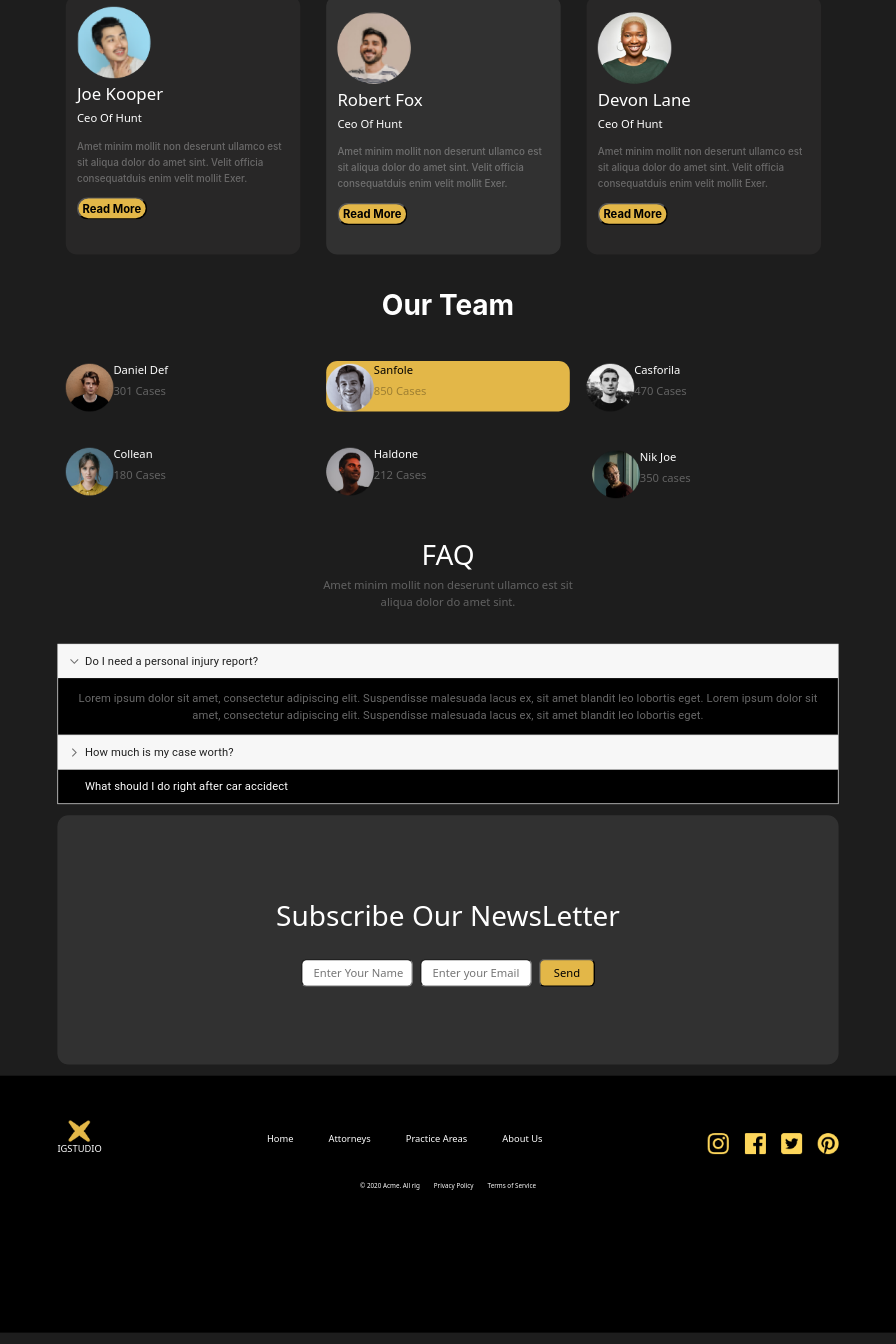
Repository: Senthil-Bala/LawFirm
Page: /
An editor plug-in stored every save of this project. The page is shown before and after the next save, followed by the edit.
The browser window is 1280 px wide. The pictures show the part of the page from y = 2314 to 4234 px (the page is 4234 px tall), at 70% of full size.
The project was rebuilt for these pictures with package versions that can differ from the ones it lists, and the page was loaded fresh each time. Also part of the build but not shown: src/App.css.

Above is the page before, as saved 2023-11-29 19:49:41.

After the next save:
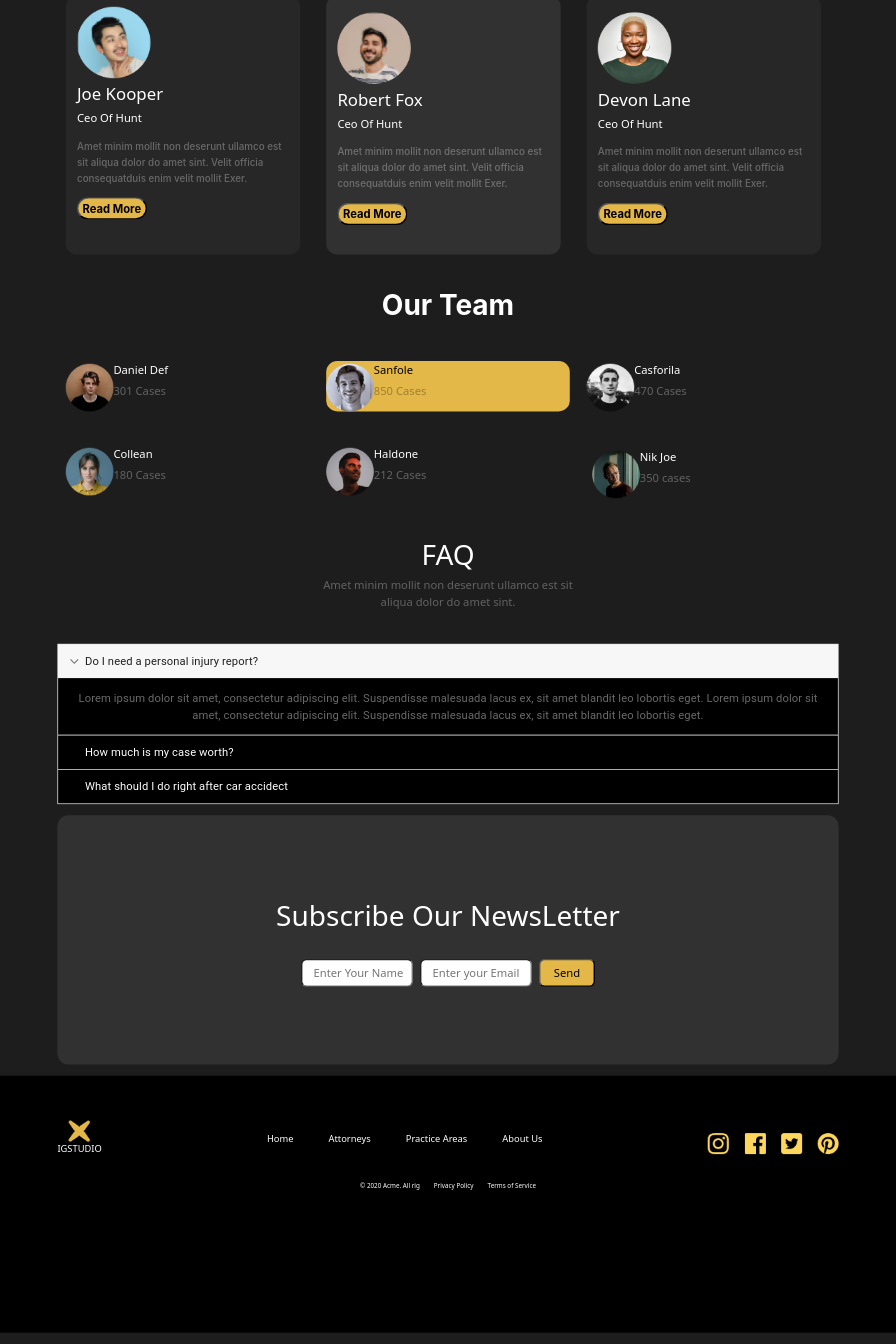
Saved 38 s later.
--- a/src/Components/Frequents/Accordionss.jsx
+++ b/src/Components/Frequents/Accordionss.jsx
@@ -65,7 +65,7 @@ export default function CustomizedAccordions() {
         </AccordionDetails>
       </Accordion>
       <Accordion expanded={expanded === 'panel2'} onChange={handleChange('panel2')}>
-        <AccordionSummary aria-controls="panel2d-content" id="panel2d-header" className='head'>
+        <AccordionSummary aria-controls="panel2d-content" id="panel2d-header" id='head'>
           <Typography>How much is my case worth?</Typography>
         </AccordionSummary>
         <AccordionDetails className='details'>
